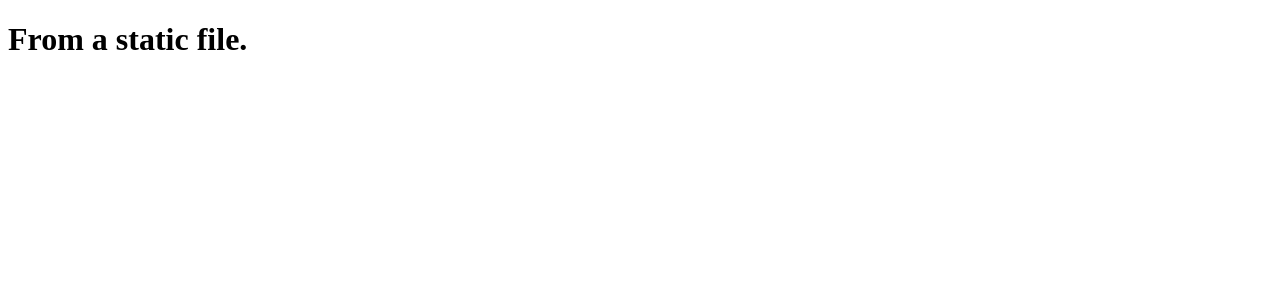
Repository: snezhy/dice-game-challenge
Page: public/index.html
The author's editor kept a copy of each file at every save. The page is drawn from the files as they stood at one save, then again after the next save.
The browser window is 1280 px wide. The pictures show the whole page.

Above is the page before, as saved 2021-05-16 08:25:09.

### public/index.html
<!DOCTYPE html>
<html>
    <head>
    <limk rel="stylesheet" href="../css/styles.css" />
    </head>
    <body>
        <h1>From a static file.</h1>
    </body>
</html>

After the next save:
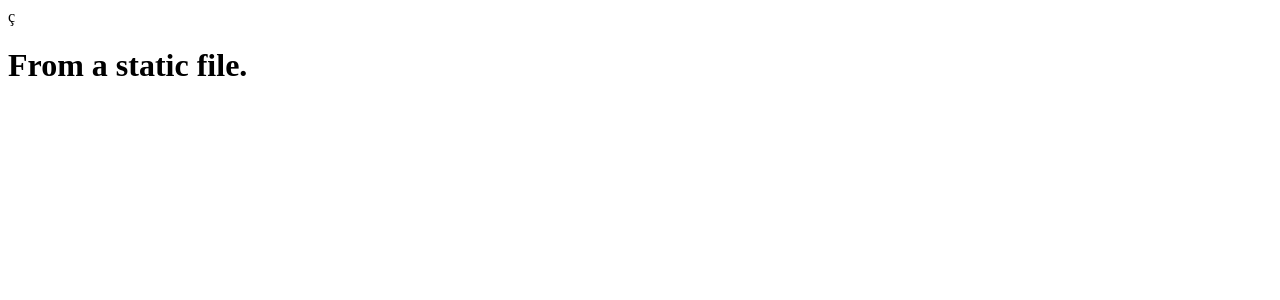
Saved 44 min 57 s later.
--- a/public/index.html
+++ b/public/index.html
@@ -1,7 +1,7 @@
 <!DOCTYPE html>
 <html>
-    <head>
-    <limk rel="stylesheet" href="../css/styles.css" />
+    <head>ç
+    <limk rel="stylesheet" href="/css/styles.css" />
     </head>
     <body>
         <h1>From a static file.</h1>

After the save that followed:
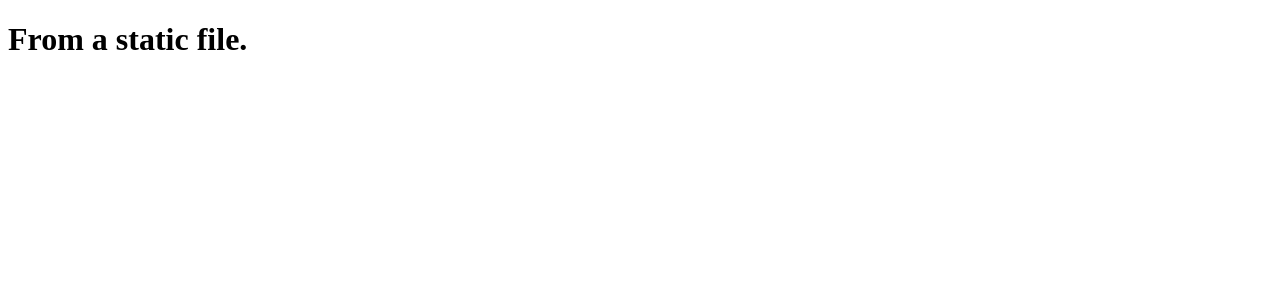
Saved 27 s later.
--- a/public/index.html
+++ b/public/index.html
@@ -1,6 +1,6 @@
 <!DOCTYPE html>
 <html>
-    <head>ç
+    <head>
     <limk rel="stylesheet" href="/css/styles.css" />
     </head>
     <body>
